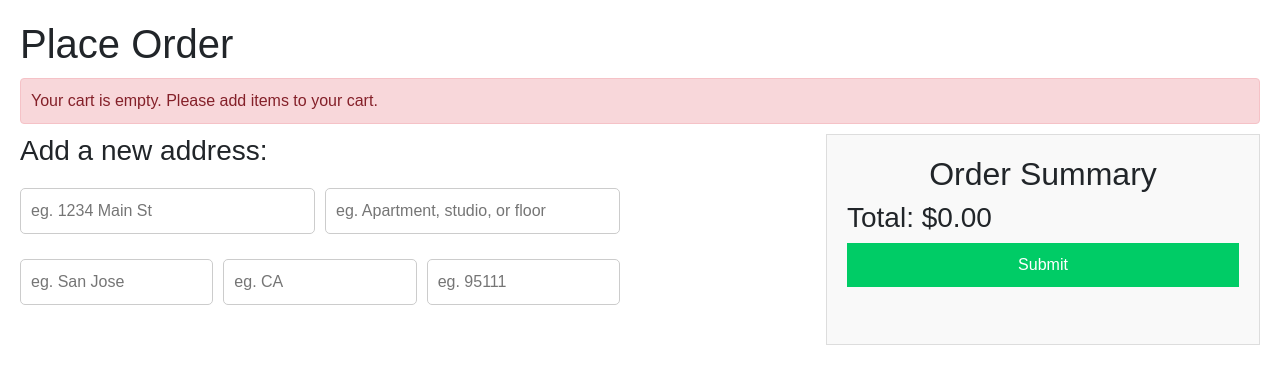
Repository: chelseajaculina/lab2-uber-eats
Page: /order (app in frontend/)
These files come from the project's save history. The page is drawn as it stood at one moment and after the next save; the edit follows.
The browser window is 1280 px wide. The pictures show the whole page.
The project was rebuilt for these pictures with package versions that can differ from the ones it lists, and the page was loaded fresh each time. Also part of the build but not shown: frontend/src/components/Home.css, frontend/src/components/Logout.css, frontend/src/components/Logout.js, frontend/src/components/CartModal.css, frontend/src/components/CartModal.js, frontend/src/components/NavBarHome.js, frontend/src/components/Home.js, frontend/src/components/CustomerSignUp.js and 25 more.

Above is the page before, as saved 2024-11-23 01:38:52.

### frontend/src/components/OrderPage.js
import React, { useState, useEffect, useMemo } from 'react';
import { useLocation, useNavigate } from 'react-router-dom';
import axios from 'axios';
import './OrderPage.css';

const OrderPage = () => {
  const location = useLocation();
  const navigate = useNavigate();

  const cart = useMemo(() => location.state?.cart || [], [location.state]);

  const [street, setStreet] = useState('');
  const [apartment, setApartment] = useState('');
  const [city, setCity] = useState('');
  const [state, setState] = useState('');
  const [zipcode, setZipcode] = useState('');
  const [isLoading, setIsLoading] = useState(false);
  const [isOrderPlaced, setIsOrderPlaced] = useState(false);
  const [successMessage, setSuccessMessage] = useState('');
  const [errorMessage, setErrorMessage] = useState('');
  const [customerId, setCustomerId] = useState(localStorage.getItem('customer_id') || null);
  const [restaurantId, setRestaurantId] = useState(null);

  // Extract Restaurant ID from Cart Dishes
  useEffect(() => {
    if (cart.length > 0) {
      const uniqueRestaurantIds = [...new Set(cart.map((item) => item.restaurant_id))];
      console.log('Unique restaurant IDs from cart:', uniqueRestaurantIds);

      if (uniqueRestaurantIds.length === 1) {
        setRestaurantId(uniqueRestaurantIds[0]);
        console.log('Restaurant ID set from cart:', uniqueRestaurantIds[0]);
      } else if (uniqueRestaurantIds.length > 1) {
        setErrorMessage('Your cart contains items from multiple restaurants. Please update your cart.');
        console.warn('Multiple restaurant IDs detected:', uniqueRestaurantIds);
      } else {
        setErrorMessage('Restaurant ID is missing. Please check your cart.');
        console.warn('No restaurant_id found in the cart items.');
      }
    } else {
      setErrorMessage('Your cart is empty. Please add items to your cart.');
      console.warn('Cart is empty.');
    }
  }, [cart]);

  const calculateTotal = () => {
    const total = cart.reduce(
      (total, item) => total + (parseFloat(item.price) || 0) * item.quantity,
      0
    ).toFixed(2);
    console.log('Calculated total price:', total);
    return total;
  };

  const validateAddressFields = () => {
    if (!street || !city || !state || !zipcode) {
      setErrorMessage('Please fill in all required address fields.');
      return false;
    }
    return true;
  };

  const handlePlaceOrder = async () => {
    setIsLoading(true);
    setSuccessMessage('');
    setErrorMessage('');

    if (!validateAddressFields()) {
      setIsLoading(false);
      return;
    }

    if (!customerId || !restaurantId) {
      setErrorMessage('Customer ID or Restaurant ID is missing. Please check your cart or log in.');
      setIsLoading(false);
      return;
    }

    const orderItems = cart.map((item) => ({
      dish_id: item.id,
      quantity: item.quantity,
    }));

    const orderPayload = {
      restaurant_id: restaurantId,
      customer_id: customerId,
      address: `${street}, ${apartment ? apartment + ', ' : ''}${city}, ${state} ${zipcode}`,
      items: orderItems,
      total: calculateTotal(),
      status: 'New',
      delivery_status: 'Order Received',
    };

    try {
      console.group('Order Submission');
      console.log('Order payload:', orderPayload);

      const token = localStorage.getItem('access_token');
      const response = await axios.post('/api/restaurants/orders/create/', orderPayload, {
        headers: {
          Authorization: `Bearer ${token}`,
        },
      });

      console.log('Order response:', response.data);
      setIsOrderPlaced(true);
      setSuccessMessage('Your order has been placed successfully!');
      console.groupEnd();
    } catch (error) {
      console.error('Error placing order:', error.response?.data || error.message);
      setErrorMessage(
        error.response?.data?.error || 'An error occurred while placing the order. Please try again.'
      );
    } finally {
      setIsLoading(false);
    }
  };

  return (
    <div className="order-page">
      <h1>Place Order</h1>

      {errorMessage && <div className="error-message">{errorMessage}</div>}
      {successMessage && <div className="success-message">{successMessage}</div>}

      <div className="order-container">
        <div className="address-section">
          <h3>Add a new address:</h3>
          <form className="new-address-form">
            <div className="address-input">
              <input
                type="text"
                placeholder="eg. 1234 Main St"
                value={street}
                onChange={(e) => setStreet(e.target.value)}
              />
              <input
                type="text"
                placeholder="eg. Apartment, studio, or floor"
                value={apartment}
                onChange={(e) => setApartment(e.target.value)}
              />
            </div>
            <div className="address-input">
              <input
                type="text"
                placeholder="eg. San Jose"
                value={city}
                onChange={(e) => setCity(e.target.value)}
              />
              <input
                type="text"
                placeholder="eg. CA"
                value={state}
                onChange={(e) => setState(e.target.value)}
              />
              <input
                type="text"
                placeholder="eg. 95111"
                value={zipcode}
                onChange={(e) => setZipcode(e.target.value)}
              />
            </div>
          </form>
        </div>

        <div className="order-summary">
          <h2>Order Summary</h2>
          {cart.map((item) => (
            <div key={item.id} className="summary-item">
              <span>{item.name}</span>
              <span>Qty: {item.quantity}</span>
              <span>${(parseFloat(item.price) * item.quantity).toFixed(2)}</span>
            </div>
          ))}
          <h3>Total: ${calculateTotal()}</h3>
          <button
            className="place-order-button"
            onClick={handlePlaceOrder}
            disabled={isLoading || !cart.length}
          >
            {isLoading ? 'Placing Order...' : 'Submit'}
          </button>
        </div>
      </div>

      {isOrderPlaced && (
        <div className="confirmation-message">
          <h3>Congratulations!</h3>
          <p>Your order has been placed! Stay hungry, our delivery executive will be assigned shortly.</p>
          <button onClick={() => navigate('/orders')} className="dashboard-button">
            Go to Dashboard
          </button>
        </div>
      )}
    </div>
  );
};

export default OrderPage;

### frontend/src/components/SignUp.css
/* Shared container styling for login and signup */
.signup-container {
    display: flex;
    flex-direction: column;
    align-items: center;
    padding: 20px;
    width: 100%;
    background-color: #f7f7f7; /* Light gray background */
}

/* Shared header styling for both signup and login */
.signup-header {
    background-color: transparent;
    width: 100%;
    text-align: center;
    padding: 10px;
}

/* Brand title styling for consistency */
.brand-title {
    color: #000; /* Black color for "Uber" */
    font-size: 24px;
}

.brand-title span {
    color: #34a853; /* Green color for "Eats" */
}

/* Container to hold both forms side by side */
.signup-forms {
    display: flex;
    justify-content: space-between;
    width: 80%;
    max-width: 1200px;
    gap: 20px; /* Space between the two forms */
    margin-top: 20px;
}

/* Styling for each individual form container */
.form-container {
    flex: 1;
    background-color: white;
    padding: 20px;
    border-radius: 10px;
    box-shadow: 0 4px 10px rgba(0, 0, 0, 0.1);
    text-align: center;
}

/* Shared form styling for inputs and buttons */
.signup-form, .login-form {
    display: flex;
    flex-direction: column;
    width: 100%;
    margin-top: 20px;
}

.signup-form h2, h2 {
    text-align: center;
    font-size: 18px;
    margin-bottom: 10px;
    color: #333;
}

.signup-form input,  input {
    width: 100%;
    padding: 12px;
    margin: 8px 0;
    border-radius: 8px;
    border: 1px solid #ccc;
    font-size: 16px;
}

.continue-button {
    background-color: black;
    color: white;
    padding: 12px;
    border: none;
    border-radius: 8px;
    font-size: 16px;
    cursor: pointer;
    margin-top: 10px;
}

.divider {
    display: flex;
    align-items: center;
    text-align: center;
    margin: 20px 0;
}

.line {
    flex: 1;
    height: 1px;
    background-color: #ccc;
    border: none;
}



.google-button, .apple-button, .qr-code-button {
    display: flex;
    align-items: center;
    justify-content: center;
    background-color: #f5f5f5;
    color: black;
    padding: 12px;
    margin: 8px 0;
    border-radius: 8px;
    border: 1px solid #ccc;
    font-size: 16px;
    cursor: pointer;
}

.google-button img, .apple-button img, .qr-code-button img {
    width: 20px;
    height: 20px;
    margin-right: 10px;
}

.disclaimer {
    font-size: 12px;
    color: gray;
    text-align: center;
    margin-top: 10px;
    line-height: 1.5;
}

.link-button {
    color: #000;
    font-weight: bold;
    text-decoration: none;
    cursor: pointer;
    background: #000;  /* Remove default background */
    border: none;      /* Remove default border */
    padding: 0.5rem;   /* Optional padding to make it look button-like */
    color: #fff;
}

/* Responsive design for smaller screens */
@media (max-width: 768px) {
    .signup-forms {
        flex-direction: column;
        align-items: center;
    }

    .form-container {
        width: 100%;
        margin-bottom: 20px;
    }
}


/* Stretch buttons across form container */
.google-button, .apple-button, .qr-code-button {
    display: flex;
    align-items: center;
    justify-content: center;
    background-color: #f5f5f5;
    color: black;
    padding: 12px;
    margin: 8px 0;
    border-radius: 8px;
    border: 1px solid #ccc;
    font-size: 16px;
    cursor: pointer;
    width: 100%; /* Make buttons full width */
    max-width: 300px; /* Optional max-width to keep buttons from getting too wide */
}

/* Center the buttons within the form container */
.signup-form, .login-form {
    display: flex;
    flex-direction: column;
    align-items: center; /* Center all elements horizontally */
    width: 100%;
    margin-top: 20px;
}

/* Center the button icon */
.google-button .icon, .apple-button .icon, .qr-code-button .icon {
    margin-right: 10px;
    font-size: 20px;
}

### frontend/src/components/CustomerProfile.css
/* Main Container */
.dashboard-container {
    display: flex;
    font-family: Arial, sans-serif;
  }

  /* Sidebar */
  .sidebar {
    width: 250px;
    background-color: #000;
    color: #fff;
    padding: 20px;
    min-height: 100vh;
  }

  .sidebar h2 {
    font-size: 1.2em;
    margin-bottom: 20px;
    color: #fff;
  }

  .sidebar ul {
    list-style-type: none;
    padding: 0;
  }

  .sidebar ul li {
    padding: 15px 0;
    color: #ccc;
    cursor: pointer;
  }

  .sidebar ul li:hover,
  .sidebar ul li.active {
    color: #fff;
    background-color: #333;
    padding-left: 10px;
    border-radius: 5px;
  }

  /* Content Section */
  .content {
    flex: 1;
    padding: 40px;
  }

  .content h1 {
    font-size: 2em;
    font-weight: bold;
    margin-bottom: 20px;
  }

  /* Form Styling */
  form {
    display: flex;
    flex-direction: column;
    gap: 15px;
    max-width: 600px;
    margin-bottom: 30px;
  }

  form label {
    font-weight: bold;
    margin-bottom: 5px;
  }

  form input[type="text"],
  form input[type="date"],
  form input[type="email"],
  form input[type="tel"],
  form select {
    width: 100%;
    padding: 10px;
    border: 1px solid #ccc;
    border-radius: 5px;
  }

  form button {
    padding: 10px 15px;
    background-color: #28a745;
    color: #fff;
    border: none;
    border-radius: 5px;
    cursor: pointer;
  }

  form button:hover {
    background-color: #000;
  }

  /* Profile Picture Section */
  .profile-section {
    display: flex;
    align-items: center;
    gap: 10px;
    margin-bottom: 20px;
  }

  .profile-picture {
    width: 100px;
    height: 100px;
    border-radius: 75%;
    object-fit: cover;
    border: 1px solid #ccc;
  }

  .profile-picture-input {
    margin-top: 10px;
  }

  .profile-picture-btn {
    padding: 8px 12px;
    background-color: #28a745;
    color: #fff;
    border: none;
    border-radius: 5px;
    cursor: pointer;
    margin-top: 10px;
  }

  .profile-picture-btn:hover {
    background-color: #000000;
  }

  /* Favorites Section */
  .favorites-section {
    margin-top: 30px;
  }

  .favorites-section h2 {
    font-size: 1.5em;
    font-weight: bold;
    margin-bottom: 10px;
  }

  .favorites-section ul {
    list-style-type: none;
    padding: 0;
  }

  .favorites-section li {
    padding: 10px 0;
    border-bottom: 1px solid #eee;
  }

  /* Edit Icon Styling (optional) */
  .edit-icon {
    cursor: pointer;
    font-size: 1.2em;
    color: #007bff;
    background: #fff;
    border-radius: 50%;
    padding: 5px;
    border: 1px solid #007bff;
  }

### frontend/src/components/Welcome.css
/* General Reset */
* {
    margin: 0;
    padding: 0;
    box-sizing: border-box;
    font-family: Arial, Helvetica, sans-serif;
}

/* Container */
.landing-container {
    width: 100%;
    height: 100vh;
    background: url('/public/images/landing-bg.jpg') center/cover no-repeat;
    color: #000;
    display: flex;
    flex-direction: column;
    margin: 0;
    padding: 0;
}

/* Navigation Bar */
.navbar {
    display: flex;
    justify-content: space-between;
    align-items: center;
    padding: 1rem 2rem;
    background-color: transparent; /* Keep background transparent if desired */
    border-bottom: none; /* Ensure no bottom border */
    box-shadow: none; /* Ensure no shadow */
}


.navbar-left {
    display: flex;
    align-items: center;
    background-color: transparent;
}

.menu-button {
    font-size: 1.5rem;
    background: none;
    border: none;
    cursor: pointer;
    margin-right: 1rem;
    color: #000; /* White icon color */
}

.menu-button:focus {
    outline: none; /* Remove focus outline */
}

.brand-title {
    font-weight: bold;
    font-size: 1.5rem;
    color: #000;
}

.navbar-right {
    display: flex;
    align-items: center;
    background-color: transparent;
}

.navbar-right button {
    padding: 0.5rem 1rem;
    cursor: pointer;
    font-size: 1rem;
    margin-left: 1rem;
    border-radius: 5px;
    border: none; /* Ensure there is no border for solid button effect */
}

/* Log in Button - White with Black Border */
.login-button {
    background-color: #fff;          /* White background */
    color: #000;                     /* Black text */
    border: 1px solid #000;          /* Black border */
    border-radius: 5px;              /* Slightly rounded corners */
}

/* Sign up Button - Green with White Text */
.signup-button {
    background-color: #00ff80;  /* Green background */
    color: #fff;                     /* White text */
    border-radius: 5px;              /* Slightly rounded corners */
}

/* Hero Section */
.hero-section {
    display: flex;
    flex-direction: column;
    align-items: left;
    margin-top: 6rem;
    padding: 2rem;
    color: #000;
}

.hero-section h1 {
    font-size: 3rem;
    font-weight: bold;
    margin-bottom: 2rem;
}

/* Address Input Section */
.address-input-section {
    display: flex;
    align-items: center;
    gap: 1rem;
    width: 100%;
    max-width: 800px;
}

.input-box {
    display: flex;
    align-items: center;
    background: #fff;
    padding: 0.5rem;
    border-radius: 8px;
    flex-grow: 1;
    border: 1px solid #ddd;
}

.input-box .icon {
    margin-right: 0.5rem;
    color: #666;
}

.input-box input {
    border: none;
    outline: none;
    width: 100%;
    font-size: 1rem;
    padding: 0.5rem 0;
}

.delivery-time-dropdown {
    display: flex;
    align-items: center;
    background: #fff;
    padding: 0.5rem;
    border-radius: 8px;
    border: 1px solid #ddd;
}

.delivery-time-dropdown .icon {
    margin-right: 0.5rem;
    color: #666;
}

.delivery-time-dropdown select {
    border: none;
    outline: none;
    font-size: 1rem;
    background: transparent;
}

/* Search Button */
.search-button {
    background-color: #000;
    color: #fff;
    padding: 0.75rem 1.5rem;
    border: none;
    cursor: pointer;
    border-radius: 8px;
    font-weight: bold;
}

/* Sign In Link */
.signin-link {
    margin-top: 1rem;
    font-size: 1rem;
    color: #666;
}

.signin-link a {
    color: #000;
    font-weight: bold;
    text-decoration: none;
}

.signin-link a:hover {
    text-decoration: underline;
}

.link-button {
    color: #000;
    font-weight: bold;
    text-decoration: none;
    cursor: pointer;
    background: none;  /* Remove default background */
    border: none;      /* Remove default border */
    padding: 0.5rem;   /* Optional padding to make it look button-like */
}

.link-button:hover {
    text-decoration: underline; /* Add underline on hover */
}

### frontend/src/components/RestaurantProfile.css
/* Main Container */
.dashboard-container {
    display: flex;
    font-family: Arial, sans-serif;
  }

  /* Sidebar */
  .sidebar {
    width: 250px;
    background-color: #000;
    color: #fff;
    padding: 20px;
    min-height: 100vh;
  }

  .sidebar h2 {
    font-size: 1.2em;
    margin-bottom: 20px;
    color: #fff;
  }

  .sidebar ul {
    list-style-type: none;
    padding: 0;
  }

  .sidebar ul li {
    padding: 15px 0;
    color: #ccc;
    cursor: pointer;
  }

  .sidebar ul li:hover,
  .sidebar ul li.active {
    color: #fff;
    background-color: #333;
    padding-left: 10px;
    border-radius: 5px;
  }

  /* Content Section */
  .content {
    flex: 1;
    padding: 40px;
  }

  .content h1 {
    font-size: 2em;
    font-weight: bold;
    margin-bottom: 20px;
  }

  /* Form Styling */
  form {
    display: flex;
    flex-direction: column;
    gap: 15px;
    max-width: 600px;
    margin-bottom: 30px;
  }

  form label {
    font-weight: bold;
    margin-bottom: 5px;
  }

  form input[type="text"],
  form input[type="date"],
  form input[type="email"],
  form input[type="tel"],
  form select {
    width: 100%;
    padding: 10px;
    border: 1px solid #ccc;
    border-radius: 5px;
  }

  form button {
    padding: 10px 15px;
    background-color: #28a745;
    color: #fff;
    border: none;
    border-radius: 5px;
    cursor: pointer;
  }

  form button:hover {
    background-color: #000;
  }

  /* Profile Picture Section */
  .profile-section {
    display: flex;
    align-items: center;
    gap: 10px;
    margin-bottom: 20px;
  }

  .profile-picture {
    width: 100px;
    height: 100px;
    border-radius: 75%;
    object-fit: cover;
    border: 1px solid #ccc;
  }

  .profile-picture-input {
    margin-top: 10px;
  }

  .profile-picture-btn {
    padding: 8px 12px;
    background-color: #28a745;
    color: #fff;
    border: none;
    border-radius: 5px;
    cursor: pointer;
    margin-top: 10px;
  }

  .profile-picture-btn:hover {
    background-color: #000000;
  }

  /* Favorites Section */
  .favorites-section {
    margin-top: 30px;
  }

  .favorites-section h2 {
    font-size: 1.5em;
    font-weight: bold;
    margin-bottom: 10px;
  }

  .favorites-section ul {
    list-style-type: none;
    padding: 0;
  }

  .favorites-section li {
    padding: 10px 0;
    border-bottom: 1px solid #eee;
  }

  /* Edit Icon Styling (optional) */
  .edit-icon {
    cursor: pointer;
    font-size: 1.2em;
    color: #007bff;
    background: #fff;
    border-radius: 50%;
    padding: 5px;
    border: 1px solid #007bff;
  }

### frontend/src/components/RestaurantMenu.css
/* General Reset */
* {
  margin: 0;
  padding: 0;
  box-sizing: border-box;
  font-family: Arial, Helvetica, sans-serif;
}

/* Container for the entire menu section */
.restaurant-menu {
  width: 100%;
  padding: 20px;
  display: flex;
  flex-direction: column;
  align-items: center;
  background-color: #f5f5f5;
}

/* Title of the menu */
.menu-title {
  font-size: 2rem;
  margin-bottom: 20px;
  color: #333;
}

/* Section for the add dish button */
.add-dish-section {
  width: 100%;
  display: flex;
  justify-content: center;
  margin-bottom: 20px;
}

.add-dish-button {
  padding: 10px 20px;
  font-size: 1rem;
  background-color: black;
  color: white;
  border: none;
  border-radius: 5px;
  cursor: pointer;
  transition: background-color 0.3s;
}

.add-dish-button:hover {
  background-color: #333;
}

/* Dishes list */
.dishes-list {
  width: 100%;
  display: flex;
  flex-wrap: wrap;
  justify-content: center;
  gap: 20px;
}

/* Individual dish card */
.dish-card {
  background-color: white;
  width: 250px;
  padding: 10px;
  border-radius: 10px;
  box-shadow: 0 4px 8px rgba(0, 0, 0, 0.1);
  text-align: center;
  display: flex;
  flex-direction: column;
  align-items: center;
}

.dish-image {
  width: 100%;
  height: 180px;
  object-fit: cover;
  border-radius: 10px;
  margin-bottom: 10px;
}

.dish-card h3 {
  font-size: 1.2rem;
  color: #333;
}

.dish-card p {
  font-size: 0.9rem;
  color: #555;
}

.dish-card strong {
  color: #000;
}

/* Modal overlay */
.modal-overlay {
  position: fixed;
  top: 0;
  left: 0;
  width: 100%;
  height: 100%;
  background-color: rgba(0, 0, 0, 0.5);
  display: flex;
  justify-content: center;
  align-items: center;
}

/* Modal content */
.modal-content {
  background-color: white;
  padding: 20px;
  width: 400px;
  border-radius: 10px;
  box-shadow: 0 4px 8px rgba(0, 0, 0, 0.2);
}

.modal-content h2 {
  font-size: 1.5rem;
  margin-bottom: 20px;
  color: #333;
}

.dish-form {
  display: flex;
  flex-direction: column;
  gap: 10px;
}

.dish-form input,
.dish-form select,
.dish-form textarea {
  padding: 10px;
  font-size: 1rem;
  border: 1px solid #ccc;
  border-radius: 5px;
  width: 100%;
  box-sizing: border-box;
}

.dish-form textarea {
  resize: vertical;
  height: 100px;
}

.form-buttons {
  display: flex;
  justify-content: space-between;
}

.save-button {
  background-color: #00cc66;
  color: white;
  padding: 10px 20px;
  border: none;
  border-radius: 5px;
  cursor: pointer;
  transition: background-color 0.3s;
}

.save-button:hover {
  background-color: #00a653;
}

.cancel-button {
  background-color: #ccc;
  color: #333;
  padding: 10px 20px;
  border: none;
  border-radius: 5px;
  cursor: pointer;
  transition: background-color 0.3s;
}

.cancel-button:hover {
  background-color: #bbb;
}

/* Price input styling */
.price-input {
  display: flex;
  align-items: center;
}

.price-input span {
  margin-right: 10px;
  font-size: 1rem;
  color: #333;
}

/* Loading message */
.loading {
  text-align: center;
  font-size: 1.2rem;
  color: #333;
}

### frontend/src/components/OrderPage.css
.order-page {
  font-family: Arial, sans-serif;
  margin: 20px;
}

.order-header {
  display: flex;
  justify-content: space-between;
  align-items: center;
  margin-bottom: 20px;
}

.logout-button {
  background-color: black;
  color: white;
  border: none;
  padding: 10px 20px;
  cursor: pointer;
}

.order-container {
  display: flex;
  justify-content: space-between;
}

.address-section {
  width: 60%;
}

.address-display {
  width: 100%;
  padding: 10px;
  margin-bottom: 20px;
  background-color: #f5f5f5;
  border: 1px solid #ccc;
}

.new-address-form {
  margin-top: 20px;
}

.address-input {
  display: flex;
  gap: 10px;
  margin-bottom: 10px;
}

.order-summary {
  width: 35%;
  background-color: #f9f9f9;
  padding: 20px;
  border: 1px solid #ddd;
}

.summary-item {
  display: flex;
  justify-content: space-between;
  margin-bottom: 10px;
}

.place-order-button {
  width: 100%;
  padding: 10px;
  background-color: #00cc66;
  color: white;
  border: none;
  cursor: pointer;
  font-size: 16px;
}

.confirmation-message {
  margin-top: 20px;
  background-color: #e8f5e9;
  padding: 15px;
  border: 1px solid #c8e6c9;
  color: #388e3c;
}

.dashboard-button {
  background-color: black;
  color: white;
  padding: 10px 20px;
  border: none;
  margin-top: 10px;
  cursor: pointer;
}

.error-message {
  background-color: #f8d7da;
  color: #842029;
  padding: 10px;
  margin: 10px 0;
  border: 1px solid #f5c2c7;
  border-radius: 4px;
}

.success-message {
  background-color: #d1e7dd;
  color: #0f5132;
  padding: 10px;
  margin: 10px 0;
  border: 1px solid #badbcc;
  border-radius: 4px;
}

Loaded but not shown: frontend/public/index.html (common file); frontend/src/App.js (86 lines, source omitted); frontend/src/contexts/CartContext.js (42 lines, source omitted); frontend/src/index.js (14 lines, source omitted); frontend/src/components/NavBar.css (372 lines, source omitted); frontend/src/components/NavBarBusiness.css (260 lines, source omitted)

After the next save:
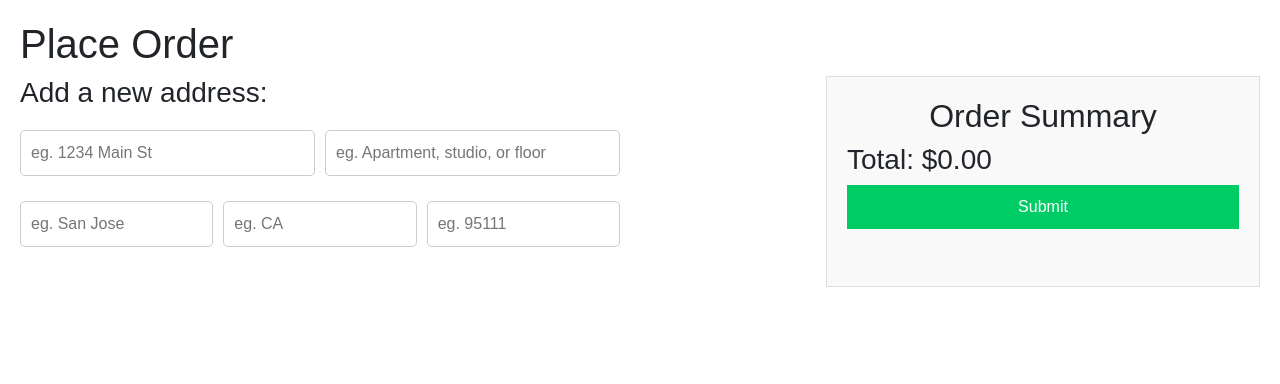
Saved 30 s later.
--- a/frontend/src/components/OrderPage.js
+++ b/frontend/src/components/OrderPage.js
@@ -21,27 +21,52 @@ const OrderPage = () => {
   const [customerId, setCustomerId] = useState(localStorage.getItem('customer_id') || null);
   const [restaurantId, setRestaurantId] = useState(null);
 
-  // Extract Restaurant ID from Cart Dishes
-  useEffect(() => {
-    if (cart.length > 0) {
-      const uniqueRestaurantIds = [...new Set(cart.map((item) => item.restaurant_id))];
-      console.log('Unique restaurant IDs from cart:', uniqueRestaurantIds);
-
-      if (uniqueRestaurantIds.length === 1) {
-        setRestaurantId(uniqueRestaurantIds[0]);
-        console.log('Restaurant ID set from cart:', uniqueRestaurantIds[0]);
-      } else if (uniqueRestaurantIds.length > 1) {
-        setErrorMessage('Your cart contains items from multiple restaurants. Please update your cart.');
-        console.warn('Multiple restaurant IDs detected:', uniqueRestaurantIds);
-      } else {
-        setErrorMessage('Restaurant ID is missing. Please check your cart.');
-        console.warn('No restaurant_id found in the cart items.');
-      }
+ // Fetch customer ID from the backend
+ useEffect(() => {
+  const fetchCustomerId = async () => {
+    const token = localStorage.getItem('access_token');
+    if (!token) {
+      console.warn('Access token not found.');
+      setCustomerId('Missing Token');
+      return;
+    }
+
+    try {
+      const response = await axios.get('http://localhost:8000/api/customers/user-profile/', {
+        headers: {
+          Authorization: `Bearer ${token}`,
+        },
+      });
+
+      const userId = response.data.id; // Assuming the response has an `id` field for customer ID
+      console.log('Customer ID retrieved from backend:', userId);
+      setCustomerId(userId);
+    } catch (error) {
+      console.error('Error fetching customer ID:', error.response?.data || error.message);
+      setCustomerId('Error Fetching Customer ID');
+    }
+  };
+
+  fetchCustomerId();
+}, []);
+
+// Extract the restaurant ID from the first item in the cart
+useEffect(() => {
+  const extractRestaurantId = () => {
+    console.log("Full Cart Data:", cart); // Debug the cart structure
+    if (cart && cart.length > 0) {
+      const firstItemRestaurantId = cart[0]?.restaurant; // Use optional chaining
+      console.log("First item in the cart:", cart[0]); // Debug the first item in the cart
+      console.log("Restaurant ID from first cart item:", firstItemRestaurantId);
+      setRestaurantId(firstItemRestaurantId || "None Found");
     } else {
-      setErrorMessage('Your cart is empty. Please add items to your cart.');
-      console.warn('Cart is empty.');
-    }
-  }, [cart]);
+      setRestaurantId("Empty Cart"); // Handle empty cart
+    }
+  };
+
+  extractRestaurantId();
+}, [cart]);
+
 
   const calculateTotal = () => {
     const total = cart.reduce(
